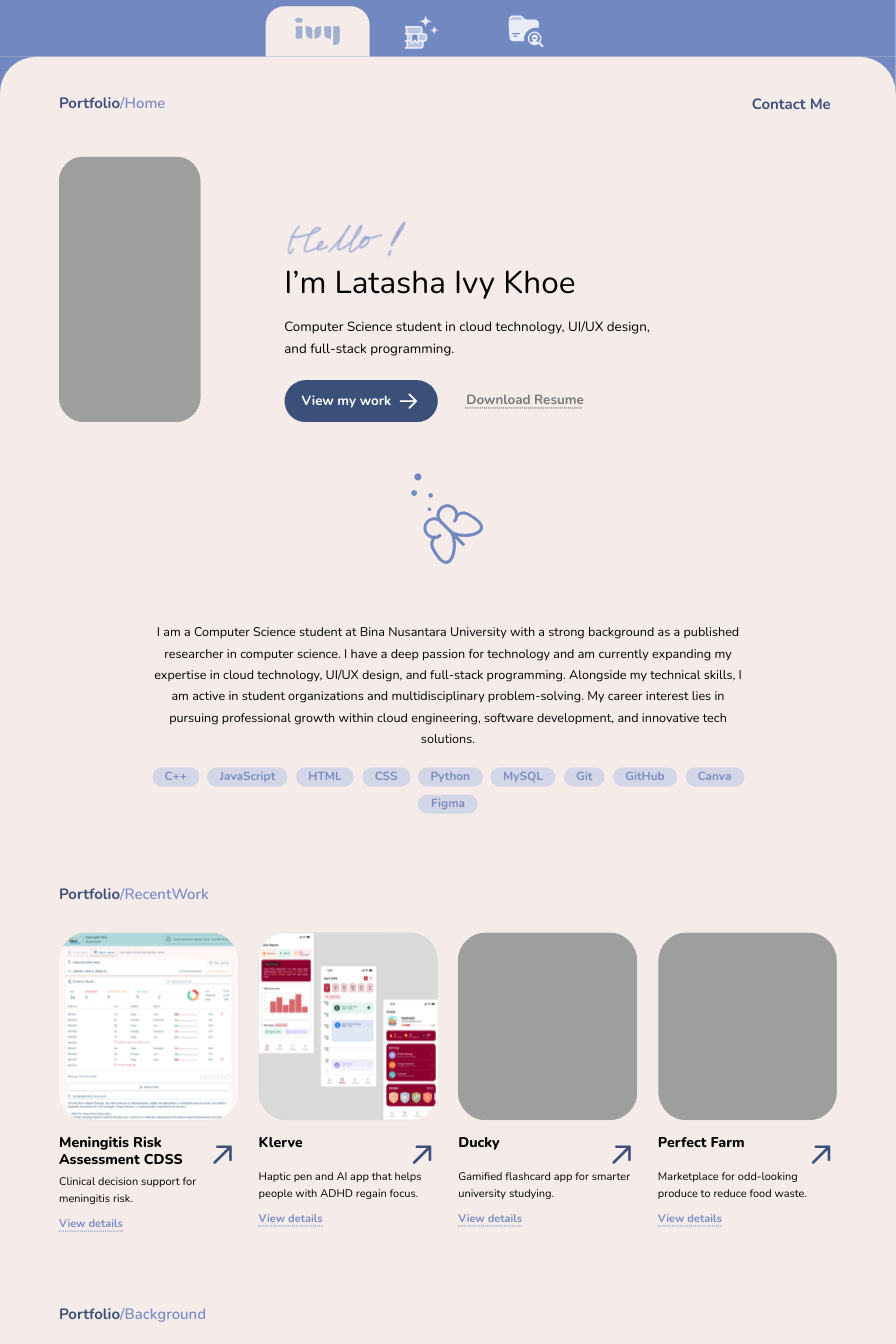
Repository: L-vy/L-vy
Page: /
The author's editor kept a copy of each file at every save. The page is drawn from the files as they stood at one save, then again after the next save.
The browser window is 1280 px wide. The pictures show the part of the page from y = 0 to 1920 px (the page is 3226 px tall), at 70% of full size.
Pictures or frames that could not be fetched are drawn as grey boxes. Some web fonts or font styles are not loaded; a fallback is used. The project was rebuilt for these pictures with package versions that can differ from the ones it lists, and the page was loaded fresh each time. Also part of the build but not shown: vite.config.ts, src/components/ExperienceBinder.tsx, src/components/FolderCard.tsx, src/components/ProjectSidebar.tsx, src/pages/ProjectDetails.tsx.

Above is the page before, as saved 2026-10-07 21:16:48.

### index.html
<!doctype html>
<html lang="en">
  <head>
    <meta charset="UTF-8" />
    <meta name="viewport" content="width=device-width, initial-scale=1.0" />
    <meta name="description" content="Portfolio of Latasha Ivy Khoe, Computer Science student specializing in Cloud Technology, UI/UX design and full-stack development." />
    <meta name="theme-color" content="#7288c1" />
    <link rel="icon" href="/images/ivy-logo.svg" />
    <link rel="preconnect" href="https://fonts.googleapis.com" />
    <link rel="preconnect" href="https://fonts.gstatic.com" crossorigin />
    <link href="https://fonts.googleapis.com/css2?family=Nunito:ital,wght@0,400;0,600;0,700;0,800;1,400&family=Playwrite+US+Modern:wght@100..400&display=swap" rel="stylesheet" />
    <title>Latasha Ivy Khoe | Portfolio</title>
  </head>
  <body>
    <div id="root"></div>
    <script type="module" src="/src/main.tsx"></script>
  </body>
</html>

### src/main.tsx
import { StrictMode } from 'react'
import { createRoot } from 'react-dom/client'
import App from './App'
import './styles.css'
createRoot(document.getElementById('root')!).render(<StrictMode><App /></StrictMode>)

### src/App.tsx
import { BrowserRouter, Route, Routes } from 'react-router-dom'
import Home from './pages/Home'
import ProjectDetails from './pages/ProjectDetails'
import CursorCircle from './components/CursorCircle'
export default function App() {
  return (
    <BrowserRouter>
      <CursorCircle />
      <Routes>
        <Route path="/" element={<Home />} />
        <Route path="/recentworks/:id" element={<ProjectDetails />} />
        <Route path="*" element={<Home />} />
      </Routes>
    </BrowserRouter>
  )
}

### src/styles.css
/* Sizes are authored at design scale (16px = 1rem) and rendered at 75% via html{font-size:75%}. */
:root{--blue:#7288c1;--cream:#f5ecea;--ink:#3b5078;--peri:#7a8cc2;--light:#a9b5e0;--bar:#9fadd1;--pill:#d3d6e6;--panel:#d1d4e3;--ph:#d9d9d9;--txt:#000;--gut:max(3.5rem,calc((100% - 68.75rem)/2 + 3.5rem));color-scheme:light}
html{font-size:75%}
*{box-sizing:border-box}
body{margin:0;background:var(--cream);color:var(--txt);font-family:'Nunito',system-ui,sans-serif;line-height:1.4}
h1,h2,h3,p,ul{margin:0}
ul{padding:0;list-style:none}
a{color:inherit}
button{font-family:inherit;cursor:pointer}
img{max-width:100%}
:focus-visible{outline:3px solid var(--ink);outline-offset:3px}
.fx{font-family:'Playwrite US Modern','Nunito',cursive;font-weight:400}
.nav{position:relative;height:4.5rem;background:var(--blue)}
.nav::after{content:'';position:absolute;left:0;right:0;top:100%;height:2.875rem;background:var(--blue)}
.nav-tabs{max-width:68.75rem;margin:0 auto;height:100%;display:flex;align-items:flex-end;padding-left:28%}
.nav-tab{width:8.25rem;height:4rem;border:0;background:none;color:#e9ecf7;display:grid;place-items:center;padding:0;transition:opacity .25s}
.nav-tab:hover{opacity:.8}
.nav-tab.active{background:var(--cream);border-radius:1.5rem 1.5rem 0 0;color:var(--light);opacity:1}
.nav-tab img{height:2.125rem}
.page{position:relative;z-index:1;background:var(--cream);border-radius:2.875rem 2.875rem 0 0;padding:0 var(--gut)}
.section{padding-top:5.625rem}
.hero{position:relative;padding-top:2.875rem}
.hero-top{display:flex;justify-content:space-between;align-items:center}
.path{font-size:1.1875rem;font-weight:600;color:var(--peri)}
.path b{color:var(--ink);font-weight:700}
.crumb{background:none;border:0;padding:0;font:inherit;color:inherit}
.crumb:hover{text-decoration:underline dotted;text-underline-offset:0.25rem}
.contact-link{background:none;border:0;font-size:1.1875rem;font-weight:700;color:var(--ink)}
.hero-grid{display:grid;grid-template-columns:16.875rem 1fr;gap:1rem;align-items:flex-end;margin-top:3.25rem}
.hero-photo{width: 100%;max-width: 135px;aspect-ratio: 200 / 375;object-fit:cover;background:var(--ph);border-radius:2rem;transition:transform .3s}
.hero-photo:hover{transform:rotate(-1.2deg) scale(1.015)}
.hello{height:3.375rem;width:auto;display:block}
h1{margin-top:0.25rem;font:400 2.5rem/1.35 'Playwrite US Modern','Nunito',cursive}
.lead{max-width:30rem;font-size:1.0625rem;line-height:1.6;margin-top:0.875rem}
.lead.sm{font-size:0.9375rem;max-width:none;margin-top:1.25rem}
.actions{display:flex;align-items:center;gap:2.25rem;margin-top:1.625rem;flex-wrap:wrap}
.btn{display:inline-flex;align-items:center;gap:0.5rem;background:var(--ink);color:#fff;border:0;border-radius:62.4375rem;padding:0.75rem 1.375rem;font-size:1.0625rem;font-weight:700;transition:transform .25s}
.btn:hover{transform:translateY(-2px)}
.btn.blue{background:var(--blue);font-size:1.1875rem;padding:0.875rem 1.75rem}
.link-dotted{text-decoration:underline dotted;text-underline-offset:0.25rem;font-weight:700}
.link-dotted.grey{color:#777;font-size:1.0625rem}
.butterfly{display:block;margin:4rem auto 0;width:6rem}
.intro{max-width:47.5rem;margin:4.375rem auto 0;text-align:center}
.intro-text{font-size:1rem;line-height:1.7}
.pills{display:flex;flex-wrap:wrap;gap:0.625rem;justify-content:center;margin-top:1.375rem}
.pills.left{justify-content:flex-start}
.pill{border-radius:24rem;padding:0.1rem 1rem;font-weight:700;font-size:0.9375rem;background:var(--pill);color:var(--peri)}
.pill.solid-outline{background:none;border:1.5px solid var(--peri);font-size:1rem}
.reveal{opacity:0;transform:translateY(0.875rem);transition:opacity .6s,transform .6s}
.reveal.in{opacity:1;transform:none}
.fill{height:100%}
.cards{display:grid;grid-template-columns:repeat(4,1fr);gap:1.625rem;margin-top:2.125rem}
.card{display:flex;flex-direction:column;min-width:0}
.card-img{display:block;aspect-ratio:400/420;border-radius:2.25rem;overflow:hidden;background:var(--ph);transition:transform .3s}
.card-img img{width:100%;height:100%;object-fit:cover;display:block}
.card:hover .card-img{transform:rotate(-1.2deg) scale(1.015)}
.card-title{display:flex;justify-content:space-between;align-items:flex-start;gap:0.5rem;margin-top:1rem;color:var(--ink)}
.card-title .icon{flex:none}
.clamp{font-size:1.125rem;font-weight:800;line-height:1.3;color:var(--txt);display:-webkit-box;-webkit-line-clamp:2;-webkit-box-orient:vertical;overflow:hidden}
.card-sum{font-size:0.875rem;line-height:1.5;margin-top:0.375rem}
.card-links{margin-top:0.625rem}
.card-links .link-dotted{color:var(--peri);font-size:0.875rem}
.tabbar{position:relative;background:var(--bar);border-radius:62.4375rem;padding:0.375rem 0.5rem;display:flex;justify-content:center;gap:0.75rem;margin-top:2.125rem;box-shadow:0 0.5rem 0.875rem -0.375rem rgba(60,70,110,.35)}
.tabwrap{position:relative;width:min(9.375rem,22%)}
.tab{width:100%;border:0;border-radius:62.4375rem;padding:0.5rem 0;font-size:1rem;font-weight:700;background:var(--pill);color:#8f9dcf;transition:background .25s,color .25s}
.tab.on{background:#fff;color:var(--ink)}
.pointer{position:absolute;left:50%;bottom:-1.25rem;margin-left:-0.5625rem;border:0.5625rem solid transparent;border-top:0;border-bottom:0.8125rem solid var(--ink)}
.panel{margin-top:2.75rem;background:var(--panel);border-radius:1.375rem;height:30.625rem;box-shadow:0 0.375rem 1rem -0.5rem rgba(60,70,110,.3);transition:background .3s,box-shadow .3s}
.panel.bound{background:transparent;box-shadow:none}
.banner{height:100%;display:flex;flex-direction:column;gap:2.125rem;padding:1.875rem 2.125rem 2.5rem}
.banner-img{flex:1;min-height:0;width:100%;object-fit:cover;background:var(--ph);border-radius:2.25rem;transition:transform .3s}
.banner:hover .banner-img{transform:rotate(-1.2deg) scale(1.015)}
.tx{padding-left:0.4375rem}
.tx h2{font-size:1.625rem;line-height:1.4}
.tx h3{margin-top:2px;font-size:1.1875rem;font-weight:700}
.tx p{margin-top:0.375rem;font-style:italic;font-size:0.9375rem}
.folders{height:100%;display:grid;grid-template-columns:1fr 1fr;gap:1.5rem;padding:1.75rem 2rem}
.folder{--rim:#3b5078;--body:#f3f3f9;background:var(--rim);border-radius:1.875rem;padding:1.5px;display:flex;flex-direction:column;overflow:hidden}
.media{height:11.875rem;margin-bottom:-2.5rem;flex:none;position:relative;overflow:hidden;border-radius:1.78125rem 1.78125rem 0 0;background:var(--ph)}
.media>*{display:block;width:100%;height:100%;object-fit:cover;background:var(--ph);transform:scale(1.06);transition:transform .3s}
.folder:hover .media>*{transform:rotate(-1.2deg) scale(1.1)}
.rest{flex:1;position:relative;z-index:1;background:var(--body);border-radius:0 1.78125rem 1.78125rem 1.78125rem;padding:0 1.375rem 1.125rem;display:flex;flex-direction:column}
.rest .tab{position:absolute;left:0;top:-2.25rem;width:80%;height:2.3125rem;padding:0;border-radius:1.25rem 1.25rem 0 0;background:var(--body)}
.rest .tab::after{content:'';position:absolute;right:-1.25rem;bottom:0;width:1.25rem;height:1.25rem;background:radial-gradient(circle at 100% 0,transparent 1.21875rem,var(--body) 1.25rem)}
.head{position:relative;margin-top:-1.375rem}
.head::before{content:'';float:right;width:24%;height:1rem}
.head b{display:-webkit-box;-webkit-line-clamp:3;-webkit-box-orient:vertical;overflow:hidden;font-size:1.0625rem;font-weight:800;line-height:1.25}
.head span{display:block;font-size:0.9375rem;color:#6f748f;margin-top:2px}
.folder p{margin-top:0.75rem;font-size:0.84375rem;font-style:italic;line-height:1.5;display:-webkit-box;-webkit-line-clamp:4;-webkit-box-orient:vertical;overflow:hidden}
.foot{margin-top:auto;padding-top:0.625rem;display:flex;justify-content:space-between;align-items:center;min-height:2.75rem}
.foot strong{font-size:1.5625rem;line-height:1.3}
.go{display:grid;place-items:center;width:2.5rem;height:2.5rem;border-radius:50%;background:var(--ink);color:#fff;transition:transform .25s}
.go:hover{transform:translate(2px,-2px)}
.exp{position:relative;height:100%}
.plate{position:absolute;left:0;top:0;bottom:0;width:8.125rem;background:#c9cde0;border-radius:1.625rem 0 0 1.625rem;box-shadow:0 0.625rem 1.125rem -0.625rem rgba(60,70,110,.4)}
.rail{position:absolute;left:0;top:4.4375rem;width:3.75rem;height:0;z-index:2}
.rail button{position:absolute;left:0.8125rem;top:calc(var(--i)*4.5rem);width:2.9375rem;height:5.25rem;z-index:calc(var(--i) + 1);border:0;background:var(--c);color:#fff;border-radius:1.125rem 0 0 1.125rem;display:grid;place-items:center;padding:0;transition:left .25s,width .25s}
.rail button:hover,.rail button[aria-selected=true]{left:0.4375rem;width:3.3125rem}
.rail button[aria-selected=true]{z-index:10}
.fcard{--acc:#9fadd1;position:absolute;left:3.75rem;right:0;top:0;bottom:0;background:var(--cream);border:2.5px solid var(--acc);border-radius:1.625rem;box-shadow:0 0.625rem 1.25rem -0.625rem rgba(60,70,110,.4);padding:1.375rem 1.75rem 1.375rem 1.875rem;overflow:hidden;transition:border-color .35s}
.pg{position:relative;height:100%;display:grid;grid-template-columns:1fr 1fr;grid-template-rows:auto 1fr;column-gap:3.5rem;animation:in .4s ease both}
@keyframes in{from{opacity:0;transform:translateY(0.5rem)}to{opacity:1;transform:none}}
.lab{grid-column:1/-1;font-size:0.8125rem}
.col{display:flex;flex-direction:column;min-width:0}
.col.end{align-self:end;padding-bottom:0.625rem}
.t{font-size:1.6875rem;font-weight:800;color:var(--ttl);line-height:1.2;margin-top:1.75rem}
.col.end .t{margin-top:0}
.sub{font-size:1.25rem;color:var(--ttl);margin-top:0.375rem}
.d{font-size:0.875rem;line-height:1.55;margin-top:1rem;font-style:italic}
.h{font-size:0.8125rem;margin:1.375rem 0 0.375rem}
.col ul{padding-left:1.25rem;font-size:0.84375rem;line-height:1.55;list-style:disc}
.stack,.zig{position:relative;margin-top:auto}
.stack{height:8rem}
.zig{margin-top:0.875rem}
.sp{position:absolute;display:block;width:62%;height:7.375rem;object-fit:cover;background:var(--ph);border:1px solid var(--txt);border-radius:1.625rem;transform:rotate(var(--r));transition:transform .3s}
.sp:hover{z-index:9;transform:rotate(calc(var(--r)*-1)) translateY(-0.3125rem) scale(1.03)}
.stack .sp:nth-child(1){--r:-2deg;left:0;top:0.375rem}
.stack .sp:nth-child(2){--r:1.5deg;left:20%;top:0.75rem}
.stack .sp:nth-child(3){--r:-1deg;left:38%;top:0}
.zig .sp{width:70%;height:7.5625rem}
.zig .sp:nth-child(1){--r:1deg;left:0;top:0}
.zig .sp:nth-child(2){--r:-1deg;left:44%;top:7rem}
.zig .sp:nth-child(3){--r:1deg;left:-1%;top:14.125rem}
.p1{left:47%;top:0.5rem;width:29%;height:8.4375rem;--r:1deg}
.p2{left:66%;top:4.875rem;width:27%;height:auto;aspect-ratio:210/297;--r:-1deg}
.contact{text-align:center;padding:5.75rem 0 6.25rem}
.contact h2{font-size:2.25rem;font-weight:400}
.contact b{font-weight:800}
.contact .btn{margin-top:1.375rem}
.footer{background:var(--blue);color:#eef0fa;padding:3.25rem var(--gut) 2.5rem;display:flex;justify-content:space-between;align-items:flex-end;gap:1.875rem;flex-wrap:wrap;min-height:14.375rem}
.footer ul{display:flex;gap:2.75rem;align-self:flex-start}
.ci{display:block;color:#dfe4f6;transition:transform .25s}
.ci:hover,.ci.pulse{transform:translateY(-0.25rem) scale(1.12)}
.footer-by{text-align:right;line-height:2;font-size:1rem}
/* .detail{border-radius:0 0 2.875rem 2.875rem;padding-top:2.875rem;padding-bottom:4.375rem} */
.detail{flex:1;min-width:0;min-height:100vh;border-radius:0 3rem 3rem 0;padding-top:2.875rem;padding-bottom:4.375rem}
.detail-grid{display:grid;grid-template-columns:1fr 1fr;gap:3.5rem;align-items:center;margin-top:2.875rem}
.detail-title{margin:0;font:800 2rem/1.3 'Nunito',sans-serif}
.detail .pills{margin-top:1.375rem}
/* ---------- Project detail: left sidebar ---------- */
.detail-shell{display:flex;min-height:100vh;background:var(--blue)}
.side{position:sticky;top:0;align-self:flex-start;flex:none;width:5.375rem;height:100vh;display:flex;flex-direction:column;padding:6rem 0 9.875rem}

/* step indicators 01–04 */
.steps{align-self:flex-start;display:grid;gap:0.5rem}
.step{display:grid;place-items:center;width:4.3125rem;height:4.4375rem;border-radius:0 1.25rem 1.25rem 0;background:transparent;color:var(--light);font-size:1.2rem;text-decoration:none;transition:opacity .25s}
.step:not(.on):hover{opacity:.8}
.step.on{background:var(--cream);color:var(--light);text-decoration:underline dotted;text-underline-offset:0.375rem}   /* RULE 2 */

/* vertical Previous / Next */
.side-nav{margin-top:3rem;align-self:flex-start;width:4.3125rem;display:flex;flex-direction:column;align-items:center;gap:1.75rem}
.side-btn{writing-mode:vertical-rl;transform:rotate(0deg);color:var(--cream);font-size:1rem;font-weight:600;line-height:1;text-decoration:none;transition:opacity .2s}   /* white by default */
a.side-btn:hover{opacity:.8}
.side-btn.edge{color:var(--light)}   /* RULE 3 */
.meta{margin-bottom:0.875rem;font-size:1.25rem;font-weight:400;color:var(--ink)}
.contrib{margin:1.125rem 0 0.5rem;font:400 0.9375rem 'Playwrite US Modern','Nunito',cursive;color:var(--peri)}
.contrib-list {position: relative;padding-left: 1.25rem;display: grid;gap: 0.75rem;font-size: 0.90625rem;}
.contrib-list::before {content: '';position: absolute;left: 0;top: 0.25rem;bottom: 0.25rem;width: 2px;background-color:var(--light);border-radius: 9999px;}
/* .contrib-list{border-left:3px solid var(--light);border-top-left-radius: 4px;border-bottom-left-radius: 4px;padding-left:0.875rem;display:grid;gap:0.75rem;font-size:0.90625rem} */
/* .contrib-list li{display:flex;gap:0.875rem;align-items:center}
.contrib-list li::before{content:'';width:0.75rem;height:0.75rem;flex:none;border-radius:50%;border:3px solid var(--peri)} */
.detail-links{display:flex;gap:0.75rem;flex-wrap:wrap;margin-top:1.375rem}
/* .detail-links .pill{background:none;border:2px solid var(--light);color:var(--peri);padding:0.375rem 1.25rem;font:400 0.875rem 'Playwrite US Modern','Nunito',cursive;text-decoration:underline dotted;text-underline-offset:0.25rem} */
.detail-links .pill{background:none;border:2px solid var(--light);color:var(--peri);padding:0.375rem 1.25rem;font-family:inherit;font-size:0.9375rem;font-weight:700;text-decoration:underline dotted;text-underline-offset:0.25rem}
.proto{margin:0}
/* .proto img{display:block;width:100%;aspect-ratio:1/1.08;object-fit:cover;background:var(--ph);border:3px solid var(--ink);border-radius:3rem;transition:transform .3s} */
.proto img {  border: 0;  outline: 0;  border-radius: 15px;}
.proto img:hover{transform:rotate(1.2deg) scale(1.015)}
.proto figcaption{text-align:center;font-weight:500;font-size:0.9375rem;color:var(--ink);margin-top:1rem}
/* .pager{background:var(--blue);margin-top:-2.875rem;padding:5.5rem var(--gut) 1.5rem;display:flex;justify-content:center;gap:3.5rem} */
/* .pager-btn{margin-top:-3rem;height:3.25rem;display:grid;place-items:center;color:#fff;font-weight:700;font-size:1.125rem;text-decoration:none;transition:opacity .2s} */
/* .pager-btn.prev{background:var(--cream);color:var(--ink);padding:0 2.125rem;border-radius:0 0 1.5rem 1.5rem}
.pager-btn.off{opacity:.5}
.pager-btn.prev.off{opacity:1;color:var(--light)} */
/* .pager-btn.hang{background:var(--cream);color:var(--ink);padding:0 2.125rem;border-radius:0 0 1.5rem 1.5rem} */
/* .pager-btn.off{opacity:.5} */
/* .pager-btn.hang.off{opacity:1;color:var(--light)} */
.cursor-circle{position:fixed;left:0;top:0;width:4rem;height:4rem;border-radius:50%;background:rgba(114,136,193,.28);pointer-events:none;z-index:50;transform:translate(-6.25rem,-6.25rem) scale(0);transition:transform .18s}
@media (max-width:960px)
{.cards{grid-template-columns:1fr 1fr}.nav-tabs{padding-left:4%}.nav-tab{width:6rem}}
@media (max-width:760px)
{.page{border-radius:1.875rem 1.875rem 0 0;padding:0 1.25rem}.hero-grid,.detail-grid{grid-template-columns:1fr;gap:1.75rem}.hero-photo{max-width:16.25rem}h1{font-size:1.875rem}.detail-title{font-size:1.5625rem}.cards{grid-template-columns:1fr}.tab{font-size:0.75rem}.tabbar{gap:0.375rem}.pointer{display:none}.panel{height:auto}.banner{padding:1.125rem;gap:1.5rem}.banner-img{flex:none;height:11.875rem}.folders{grid-template-columns:1fr;padding:1.125rem}.folder{min-height:23.75rem}.contact h2{font-size:1.6875rem}.footer ul{gap:1.375rem}.footer-by{text-align:left}.plate{display:none}.fcard{position:static;padding:1.25rem 1.125rem;border-radius:1.375rem}.exp{height:auto}.rail{position:static;height:auto;display:flex;gap:0.375rem;padding-left:0.625rem}.rail button,.rail button:hover,.rail button[aria-selected=true]{position:static;width:3.5rem;height:2.875rem;border-radius:0.875rem 0.875rem 0 0}.pg{display:flex;flex-direction:column;gap:0.875rem;height:auto}.col.end{padding:0}.stack,.zig{height:auto;display:grid;gap:0.625rem;margin-top:0.625rem}.pg .sp{position:static;width:100%;height:6.875rem}.pg .p2{height:auto;width:58%;align-self:center}
.detail-shell{flex-direction:column;min-height:0}
.side{position:static;width:auto;height:auto;flex-direction:row;justify-content:space-between;align-items:flex-start;padding:0 1.25rem 1rem}
.steps{display:flex;gap:0.5rem;align-self:flex-start}
.step{width:3rem;height:3rem;font-size:1.25rem;border-radius:0 0 1rem 1rem}
.side-nav{width:auto;flex-direction:row;align-self:center;gap:1.25rem}
.side-btn{writing-mode:horizontal-tb;transform:none;font-size:1rem}
.detail{border-radius:0 0 1.875rem 1.875rem;min-height:0}}

@media (prefers-reduced-motion:reduce){*{transition:none!important;animation:none!important}}

### src/components/Skills.tsx
import { site } from '../data/site'
import Reveal from './Reveal'
export default function Skills() {
  return (
    <Reveal className="intro">
      <p className="intro-text">{site.about}</p>
      <ul className="pills" aria-label="Skills">{site.skills.map(s => <li key={s} className="pill">{s}</li>)}</ul>
    </Reveal>
  )
}

### src/components/RecentWorks.tsx
import { projects } from '../data/projects'
import ProjectCard from './ProjectCard'
import Reveal from './Reveal'
export default function RecentWorks() {
  return (
    <section id="recent-works" className="section">
      <p className="path"><b>Portfolio</b>/RecentWork</p>
      <Reveal className="cards">{projects.slice(0, 4).map(p => <ProjectCard key={p.id} p={p} />)}</Reveal>
    </section>
  )
}

### src/components/ContactSection.tsx
import Icon from './Icon'
import { useGoTo } from './useGoTo'
export default function ContactSection() {
  const go = useGoTo()
  return (
    <section id="contact" className="contact">
      <h2>Interested in <b>Working Together?</b></h2>
      <button className="btn blue" onClick={() => go('contact', true)}>Get in Touch <Icon name="butterfly-cursor" size={34} /></button>
    </section>
  )
}

### src/components/useGoTo.ts
import { useLocation, useNavigate } from 'react-router-dom'
export const pulseContact = () => window.dispatchEvent(new Event('contact-pulse'))
export function scrollToId(id: string) {
  if (id === 'contact') { window.scrollTo({ top: document.documentElement.scrollHeight, behavior: 'smooth' }); return }
  document.getElementById(id)?.scrollIntoView({ behavior: 'smooth', block: 'start' }) }
/** Navigate to a section on the home page from anywhere. */
export function useGoTo() {
  const nav = useNavigate(); const { pathname } = useLocation()
  return (id: string, pulse = false) => {
    if (pathname === '/') { scrollToId(id); if (pulse) setTimeout(pulseContact, 700) }
    else nav('/', { state: { scrollTo: id, pulse } })
  }
}

### src/components/Icon.tsx
export default function Icon({ name, size = 24, raw = false }: { name: string; size?: number; raw?: boolean }) {
  if (raw) return <img className="icon" src={`/icons/${name}.svg`} alt="" width={size} height={size} />
  const mask = `url(/icons/${name}.svg) center / contain no-repeat`
  return <span className="icon" aria-hidden="true" style={{ display: 'inline-block', width: size, height: size, backgroundColor: 'currentColor', WebkitMask: mask, mask }} />
}

### src/components/Reveal.tsx
import { useEffect, useRef, useState, type ReactNode } from 'react'
export default function Reveal({ children, className = '' }: { children: ReactNode; className?: string }) {
  const ref = useRef<HTMLDivElement>(null); const [on, setOn] = useState(false)
  useEffect(() => {
    const io = new IntersectionObserver(([e]) => { if (e.isIntersecting) { setOn(true); io.disconnect() } }, { threshold: 0.1 })
    if (ref.current) io.observe(ref.current); return () => io.disconnect()
  }, [])
  return <div ref={ref} className={`reveal ${on ? 'in' : ''} ${className}`}>{children}</div>
}

Loaded but not shown: src/data/projects.ts (42 lines, source omitted); src/data/background.ts (36 lines, source omitted); src/components/Background.tsx (34 lines, source omitted); src/data/site.ts (17 lines, source omitted); src/components/Navbar.tsx (29 lines, source omitted); src/components/Footer.tsx (20 lines, source omitted); src/pages/Home.tsx (27 lines, source omitted); src/components/Hero.tsx (24 lines, source omitted); src/components/CursorCircle.tsx (17 lines, source omitted); src/components/ProjectCard.tsx (17 lines, source omitted)

After the next save:
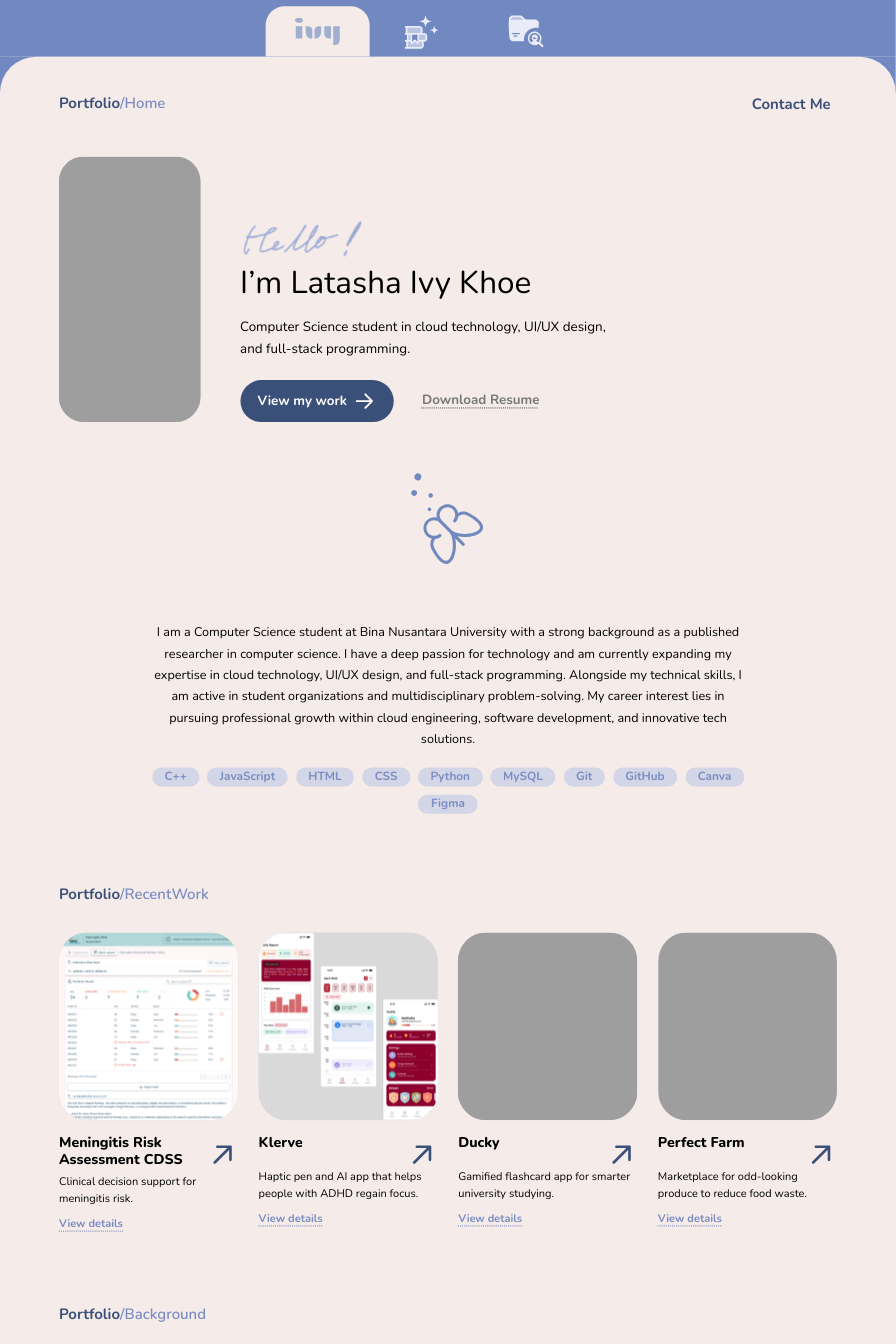
Saved 34 s later.
--- a/src/styles.css
+++ b/src/styles.css
@@ -26,7 +26,7 @@ img{max-width:100%}
 .crumb{background:none;border:0;padding:0;font:inherit;color:inherit}
 .crumb:hover{text-decoration:underline dotted;text-underline-offset:0.25rem}
 .contact-link{background:none;border:0;font-size:1.1875rem;font-weight:700;color:var(--ink)}
-.hero-grid{display:grid;grid-template-columns:16.875rem 1fr;gap:1rem;align-items:flex-end;margin-top:3.25rem}
+.hero-grid{display:grid;grid-template-columns:135px 1fr;gap:3.125rem;align-items:flex-end;margin-top:3.25rem}
 .hero-photo{width: 100%;max-width: 135px;aspect-ratio: 200 / 375;object-fit:cover;background:var(--ph);border-radius:2rem;transition:transform .3s}
 .hero-photo:hover{transform:rotate(-1.2deg) scale(1.015)}
 .hello{height:3.375rem;width:auto;display:block}
